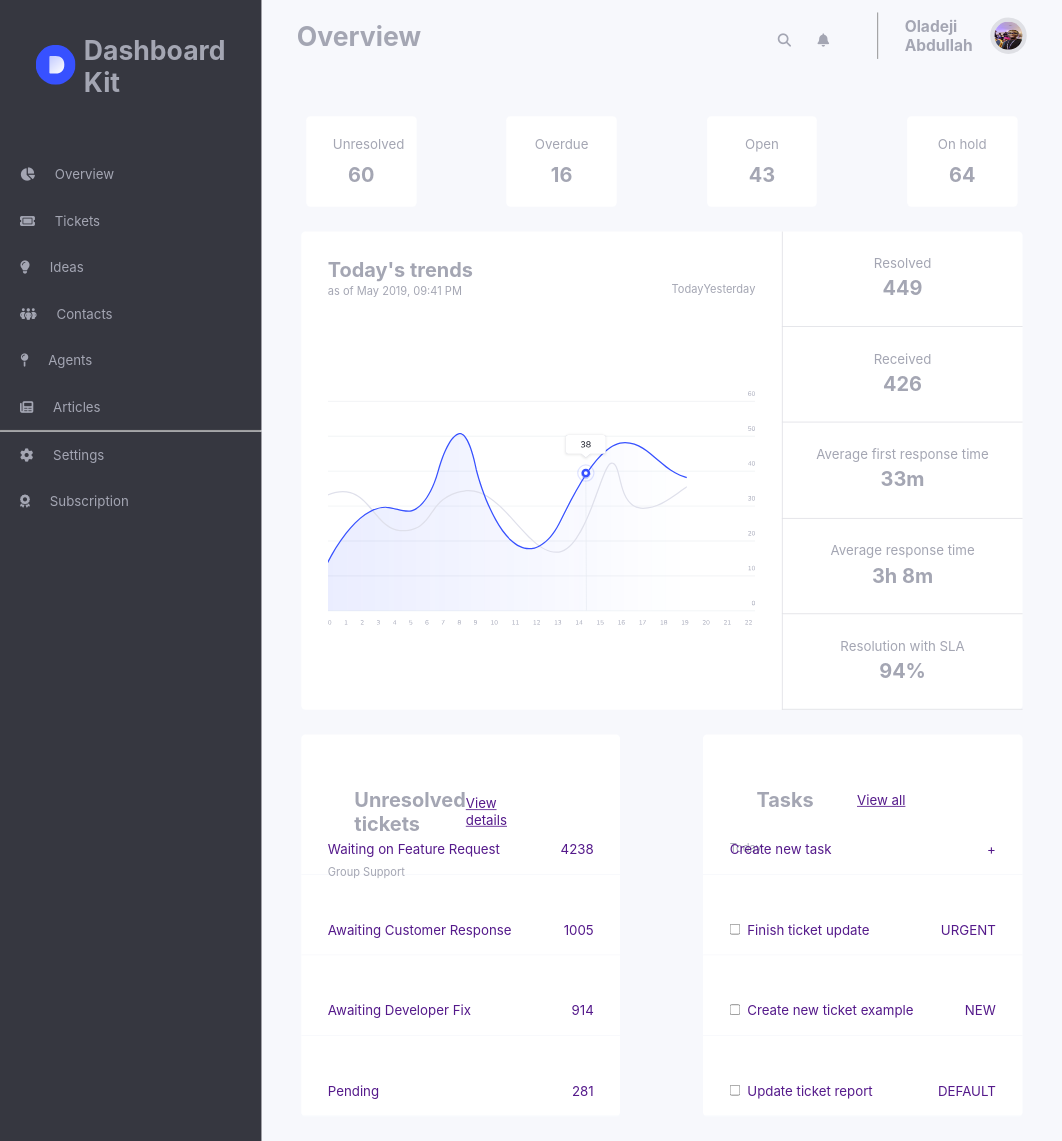
Repository: BuduCE/dashboard
Page: /
An editor plug-in stored every save of this project. The page is shown before and after the next save, followed by the edit.
The browser window is 1280 px wide. The pictures show the whole page, at 83% of full size.
Some web libraries are served in a nearby version. The project was rebuilt for these pictures with package versions that can differ from the ones it lists, and the page was loaded fresh each time. Also part of the build but not shown: src/pages/Tickets/index.jsx.

Above is the page before, as saved 2022-08-05 23:48:51.

After the next save:
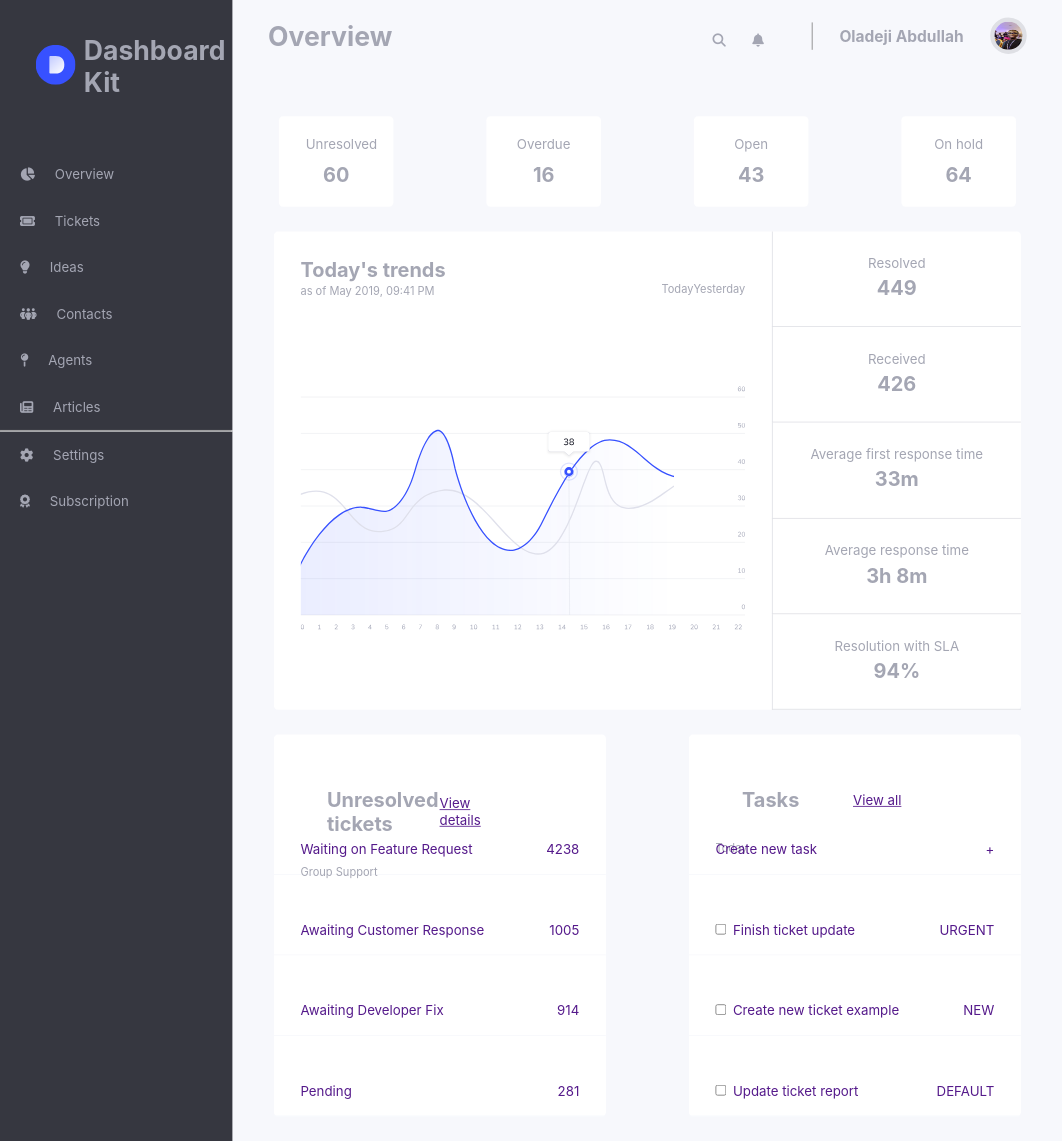
Saved 25 s later.
--- a/src/components/common/SideNav/styles.css
+++ b/src/components/common/SideNav/styles.css
@@ -3,7 +3,7 @@
     grid-template-columns: 1fr 5fr;
     color: #A4A6B3;
 }
-.dashboard h3{
+.dashboard h1{
     width: 8.5rem;
 }
 .navbar{

After the 2 saves that followed:
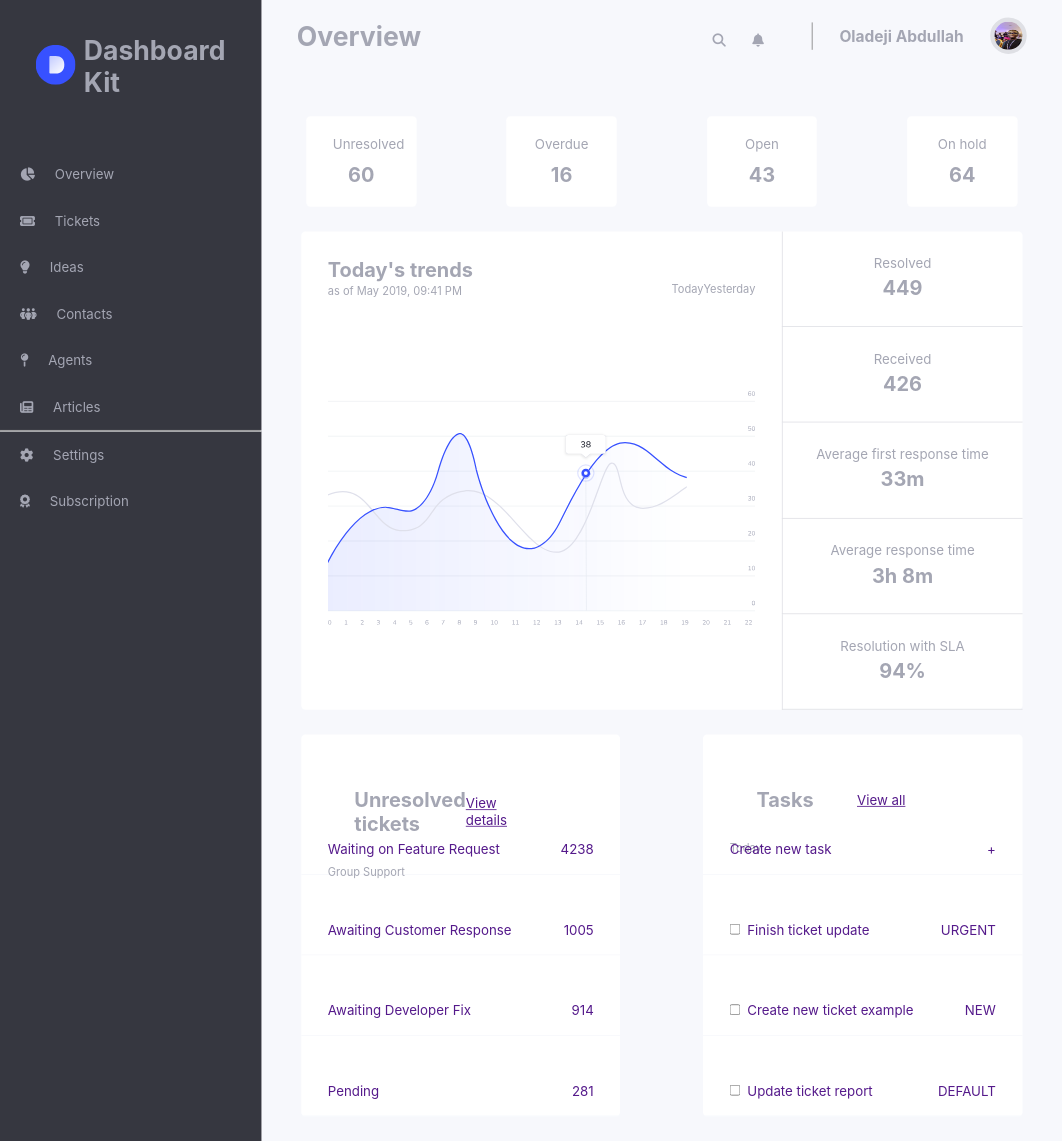
The 2 saves are shown as one change because they came seconds apart.
The last was saved 15 s later.
--- a/src/components/common/SideNav/styles.css
+++ b/src/components/common/SideNav/styles.css
@@ -2,9 +2,6 @@
     display: grid;
     grid-template-columns: 1fr 5fr;
     color: #A4A6B3;
-}
-.dashboard h1{
-    width: 8.5rem;
 }
 .navbar{
     padding: 41px 0;
